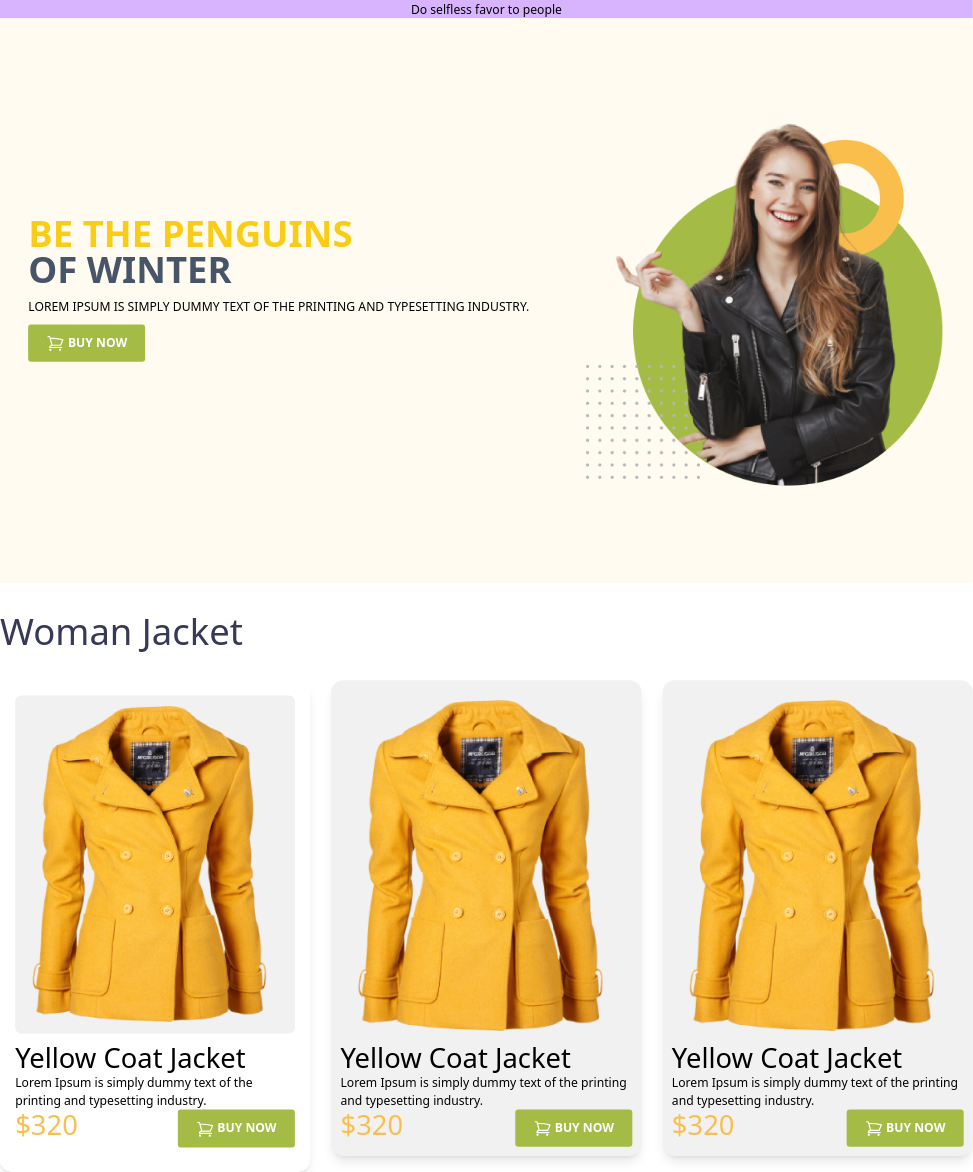
Repository: zjria/penguin-e-commerce-fashion
Page: index.html
An editor plug-in stored every save of this project. The page is shown before and after the next save, followed by the edit.
The browser window is 1280 px wide. The pictures show the whole page, at 76% of full size.
Some web libraries are served in a nearby version.

Above is the page before, as saved 2022-10-07 08:32:12.

### index.html
<!DOCTYPE html>
<html lang="en">

<head>
    <meta charset="UTF-8">
    <meta http-equiv="X-UA-Compatible" content="IE=edge">
    <meta name="viewport" content="width=device-width, initial-scale=1.0">
    <title>Penguin E-commerce</title>
    <!-- Google Fonts Link -->
    <link rel="preconnect" href="https://fonts.googleapis.com">
    <link rel="preconnect" href="https://fonts.gstatic.com" crossorigin>
    <link href="https://fonts.googleapis.com/css2?family=Bebas+Neue&family=Roboto:wght@100;300;400;500&display=swap"
        rel="stylesheet">

    <!-- Tailwind CSS CDN link -->
    <script src="https://cdn.tailwindcss.com"></script>
    <script>
        tailwind.config = {
            theme: {
                extend: {
                    colors: {
                        clifford: '#da373d',
                        header_bg: '#FFFBF0',
                        main_text_color: '#363958',
                        price_color: '#FABE4C',
                        card_bg: '#F1F1F1',
                        full_card_bg: '#FFFFFF'
                    }
                }
            }
        }
    </script>
</head>

<body>
    <h2 class="bg-purple-300 text-center font-header_text">Do selfless favor to people</h2>


    <!-- Header Section -->
    <header class="bg-header_bg pb-32 pt-24">
        <section class="container mx-auto uppercase sm:flex items-center justify-around">
            <div class="space-y-3">
                <h1 class="text-2xl sm:text-5xl font-bold font-header_text">
                    <span class="text-yellow-400">Be the Penguins</span> <br>
                    <span class="text-slate-600">of Winter</span>
                </h1>
                <p class="font-anther_text">Lorem Ipsum is simply dummy text of the printing
                    and typesetting industry.</p>
                <button class="uppercase bg-[#A4BC46] py-3 px-6 text-white font-semibold rounded font-anther_text"> <svg
                        xmlns="http://www.w3.org/2000/svg" fill="none" viewBox="0 0 24 24" stroke-width="1.5"
                        stroke="currentColor" class="w-6 h-6 inline text-white">
                        <path stroke-linecap="round" stroke-linejoin="round"
                            d="M2.25 3h1.386c.51 0 .955.343 1.087.835l.383 1.437M7.5 14.25a3 3 0 00-3 3h15.75m-12.75-3h11.218c1.121-2.3 2.1-4.684 2.924-7.138a60.114 60.114 0 00-16.536-1.84M7.5 14.25L5.106 5.272M6 20.25a.75.75 0 11-1.5 0 .75.75 0 011.5 0zm12.75 0a.75.75 0 11-1.5 0 .75.75 0 011.5 0z" />
                    </svg>
                    Buy Now</button>
            </div>
            <div class="pt-8 sm:pt-8">
                <img class=" w-1/2 sm:w-full" src="images/model.png" alt="">
            </div>
        </section>
    </header>

    <!-- Main Section Start -->
    <main>
        <section class="container mx-auto">
            <h2 class="text-5xl my-10 text-main_text_color font-header_text">Woman Jacket</h2>
            <div class="grid grid-cols-3 gap-7">
                <div class="full_card_bg ">
                    <div class="rounded-2xl shadow-lg p-5">
                        <div class="p-3 bg-card_bg rounded-lg">
                            <img src="images/jacket-1.png" alt="">
                        </div>
                        <div class="py-3">
                            <h3 class="text-4xl">Yellow Coat Jacket</h3>
                            <p>Lorem Ipsum is simply dummy text of the
                                printing and typesetting industry.</p>
                            <div class="flex justify-between">
                                <h3 class="text-4xl text-price_color">$320</h3>
                                <button
                                    class="uppercase bg-[#A4BC46] py-3 px-6 text-white font-semibold rounded font-anther_text">
                                    <svg xmlns="http://www.w3.org/2000/svg" fill="none" viewBox="0 0 24 24"
                                        stroke-width="1.5" stroke="currentColor" class="w-6 h-6 inline text-white">
                                        <path stroke-linecap="round" stroke-linejoin="round"
                                            d="M2.25 3h1.386c.51 0 .955.343 1.087.835l.383 1.437M7.5 14.25a3 3 0 00-3 3h15.75m-12.75-3h11.218c1.121-2.3 2.1-4.684 2.924-7.138a60.114 60.114 0 00-16.536-1.84M7.5 14.25L5.106 5.272M6 20.25a.75.75 0 11-1.5 0 .75.75 0 011.5 0zm12.75 0a.75.75 0 11-1.5 0 .75.75 0 011.5 0z" />
                                    </svg>
                                    Buy Now</button>
                            </div>
                        </div>
                    </div>
                </div>
                <div class="full_card_bg">
                    <div class="bg-card_bg rounded-2xl shadow-lg p-3">
                        <div class="p-3">
                            <img src="images/jacket-1.png" alt="">
                        </div>
                        <h3 class="text-4xl">Yellow Coat Jacket</h3>
                        <p>Lorem Ipsum is simply dummy text of the
                            printing and typesetting industry.</p>
                        <div class="flex justify-between">
                            <h3 class="text-4xl text-price_color">$320</h3>
                            <button
                                class="uppercase bg-[#A4BC46] py-3 px-6 text-white font-semibold rounded font-anther_text">
                                <svg xmlns="http://www.w3.org/2000/svg" fill="none" viewBox="0 0 24 24"
                                    stroke-width="1.5" stroke="currentColor" class="w-6 h-6 inline text-white">
                                    <path stroke-linecap="round" stroke-linejoin="round"
                                        d="M2.25 3h1.386c.51 0 .955.343 1.087.835l.383 1.437M7.5 14.25a3 3 0 00-3 3h15.75m-12.75-3h11.218c1.121-2.3 2.1-4.684 2.924-7.138a60.114 60.114 0 00-16.536-1.84M7.5 14.25L5.106 5.272M6 20.25a.75.75 0 11-1.5 0 .75.75 0 011.5 0zm12.75 0a.75.75 0 11-1.5 0 .75.75 0 011.5 0z" />
                                </svg>
                                Buy Now</button>
                        </div>
                    </div>
                </div>
                <div class="full_card_bg">
                    <div class="bg-card_bg rounded-2xl shadow-lg p-3">
                        <div class="p-3">
                            <img src="images/jacket-1.png" alt="">
                        </div>
                        <h3 class="text-4xl">Yellow Coat Jacket</h3>
                        <p>Lorem Ipsum is simply dummy text of the
                            printing and typesetting industry.</p>
                        <div class="flex justify-between">
                            <h3 class="text-4xl text-price_color">$320</h3>
                            <button
                                class="uppercase bg-[#A4BC46] py-3 px-6 text-white font-semibold rounded font-anther_text">
                                <svg xmlns="http://www.w3.org/2000/svg" fill="none" viewBox="0 0 24 24"
                                    stroke-width="1.5" stroke="currentColor" class="w-6 h-6 inline text-white">
                                    <path stroke-linecap="round" stroke-linejoin="round"
                                        d="M2.25 3h1.386c.51 0 .955.343 1.087.835l.383 1.437M7.5 14.25a3 3 0 00-3 3h15.75m-12.75-3h11.218c1.121-2.3 2.1-4.684 2.924-7.138a60.114 60.114 0 00-16.536-1.84M7.5 14.25L5.106 5.272M6 20.25a.75.75 0 11-1.5 0 .75.75 0 011.5 0zm12.75 0a.75.75 0 11-1.5 0 .75.75 0 011.5 0z" />
                                </svg>
                                Buy Now</button>
                        </div>
                    </div>
                </div>

            </div>

        </section>
    </main>

</body>

</html>

After the next save:
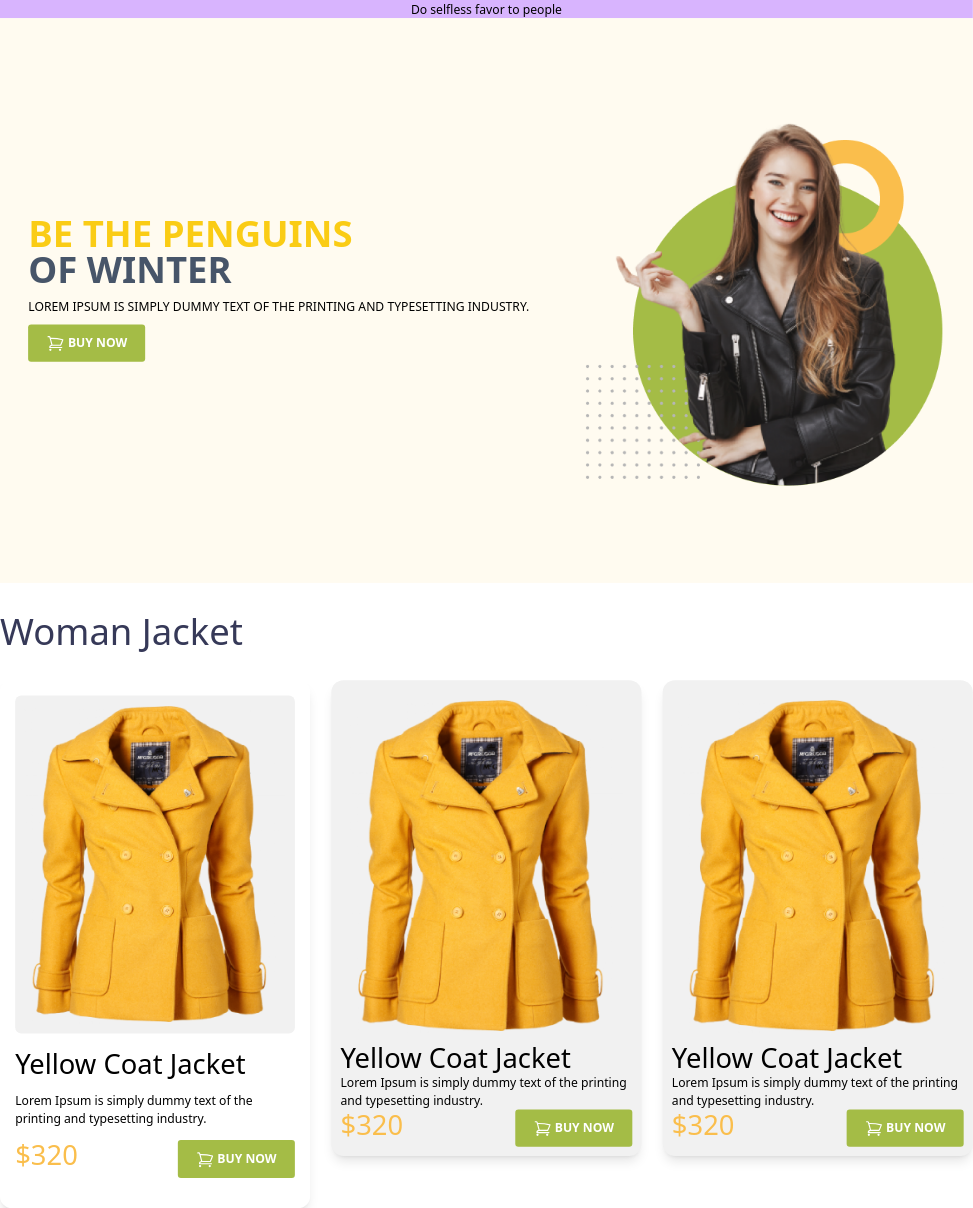
Saved 45 s later.
--- a/index.html
+++ b/index.html
@@ -71,10 +71,10 @@
                             <img src="images/jacket-1.png" alt="">
                         </div>
                         <div class="py-3">
-                            <h3 class="text-4xl">Yellow Coat Jacket</h3>
-                            <p>Lorem Ipsum is simply dummy text of the
+                            <h3 class="text-4xl py-2">Yellow Coat Jacket</h3>
+                            <p class="py-2">Lorem Ipsum is simply dummy text of the
                                 printing and typesetting industry.</p>
-                            <div class="flex justify-between">
+                            <div class="flex justify-between py-2">
                                 <h3 class="text-4xl text-price_color">$320</h3>
                                 <button
                                     class="uppercase bg-[#A4BC46] py-3 px-6 text-white font-semibold rounded font-anther_text">
